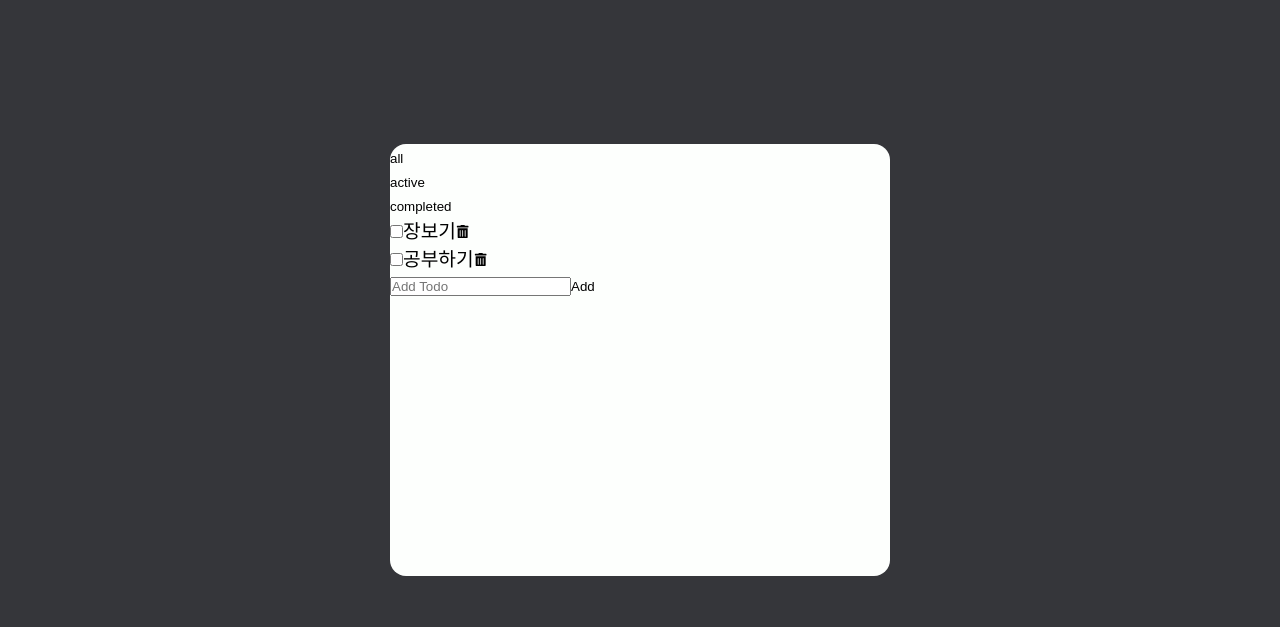
Repository: MrJinkyu/TodoList
Page: /
An editor plug-in stored every save of this project. The page is shown before and after the next save, followed by the edit.
The browser window is 1280 px wide. The pictures show the whole page.
The project was rebuilt for these pictures with package versions that can differ from the ones it lists, and the page was loaded fresh each time.

Above is the page before, as saved 2023-05-01 14:35:02.

### src/index.css
:root{
  --color-body: #35363A;
  --color-bg-dark:#f5f5f5;
  --color-bg: #fdfffd;
  --color-grey: #d1d1d1;
  --color-text: #22243b;
  --color-accent: #f16e03;
  --color-white: white;
  --color-scrollbar: #aaa7a7;
}

*{
  box-sizing: border-box;
  padding: 0;
  margin: 0;
}

button{
  border: none;
  outline: none;
  cursor: pointer;
  background-color: transparent;
}

ul,li{
  list-style: none;
}

body {
  margin: 0;
  font-family: -apple-system, BlinkMacSystemFont, 'Segoe UI', 'Roboto', 'Oxygen',
    'Ubuntu', 'Cantarell', 'Fira Sans', 'Droid Sans', 'Helvetica Neue',
    sans-serif;
  -webkit-font-smoothing: antialiased;
  -moz-osx-font-smoothing: grayscale;
  width: 100vw;
  height: 100vh;
  display: flex;
  justify-content: center;
  align-items: center;
  background-color: var(--color-body);
  font-size: 1.2rem;
  accent-color: var(--color-accent);
}

#root{
  width: 100%;
  height: 60%;
  max-width: 500px;
  background-color: var(--color-bg);
  border-radius: 1rem;
}

code {
  font-family: source-code-pro, Menlo, Monaco, Consolas, 'Courier New',
    monospace;
}

### src/App.js
import { useState } from "react";
import TodoList from "./components/TodoList";
import Header from "./components/Header";

const filters = ['all', 'active', 'completed'];
function App() {
  const [filter, setFilter] = useState(filters[0]);
  return (
    <>
      <Header filters={filters} filter={filter} onFilterChange={setFilter}/>
      <TodoList filter={filter}/>
    </>
  );
}

export default App;

### src/components/TodoList.jsx
import React, { useState } from 'react';
import {v4 as uuidv4} from 'uuid';
import AddTodo from './AddTodo';
import Todo from './Todo';

export default function TodoList({filter}) {
    const [todos, setTodos] = useState([
        { id: uuidv4(), text: '장보기', status: 'active' },
        { id: uuidv4(), text: '공부하기', status: 'active' }
    ]);
    const handleAdd = (todo) => {
        setTodos([...todos, todo]);
    }
    const handleUpdate = (updated) => {
        setTodos(todos.map((todo) => todo.id === updated.id ? updated : todo));
    }
    const handleDelete = (deleted) => {
        setTodos(todos.filter((todo) => todo.id !== deleted.id));
    }
    const filtered = getFilteredItems(todos, filter);
    return (
        <section>
            <ul>
                {filtered.map((item) => (
                    <Todo
                        key={item.id}
                        todo={item}
                        onUpdate={handleUpdate}
                        onDelete={handleDelete}
                    />
                ))}
            </ul>
            <AddTodo onAdd={handleAdd}/>
        </section>
    );
}

function getFilteredItems(todos, filter){
    if(filter === 'all'){
        return todos;
    }
    return todos.filter((todo) => todo.status === filter);
}

### src/components/Header.jsx
import React from 'react';

export default function Header({filters, filter, onFilterChange}) {
    return (
        <header>
            <ul>
                {filters.map((value,index) => (
                    <li key={index}>
                        <button
                            onClick={() => onFilterChange(value)}
                        >
                            {value}
                        </button>
                    </li>
                ))}
            </ul>
        </header>
    );
}

### src/components/AddTodo.jsx
import React, { useState } from 'react';
import {v4 as uuidv4} from 'uuid';

export default function AddTodo({onAdd}) {
    const [text, setText] = useState('');
    const handleChange = (e) => {
        setText(e.target.value);
    }
    const handleSubmit = (e) => {
        e.preventDefault();
        if(text.trim().length === 0){
            return ;
        }
        onAdd({ id: uuidv4(), text, status: 'active' });
        setText('');
    }
    return (
        <form onSubmit={handleSubmit}>
            <input
                type="text"
                value={text}
                onChange={handleChange}
                placeholder='Add Todo'
            />
            <button>Add</button>
        </form>
    );
}

### src/components/Todo.jsx
import React from 'react';
import { FaTrashAlt } from 'react-icons/fa';

export default function Todo({todo, onUpdate, onDelete}) {
    const { id, text, status } = todo;
    const handleChange = (e) => {
        const status = e.target.checked ? 'completed' : 'active';
        onUpdate({...todo, status});
    }
    return (
        <li>
            <input
                type="checkbox"
                name="checkbox"
                id={id}
                checked={status === 'completed'}
                onChange={handleChange}
            />
            <label htmlFor={id}>{text}</label>
            <span>
                <button onClick={() => onDelete(todo)}>
                    <FaTrashAlt/>
                </button>
            </span>
        </li>
    );
}

Loaded but not shown: public/index.html (common file); src/index.js (common file); src/reportWebVitals.js (common file)

After the next save:
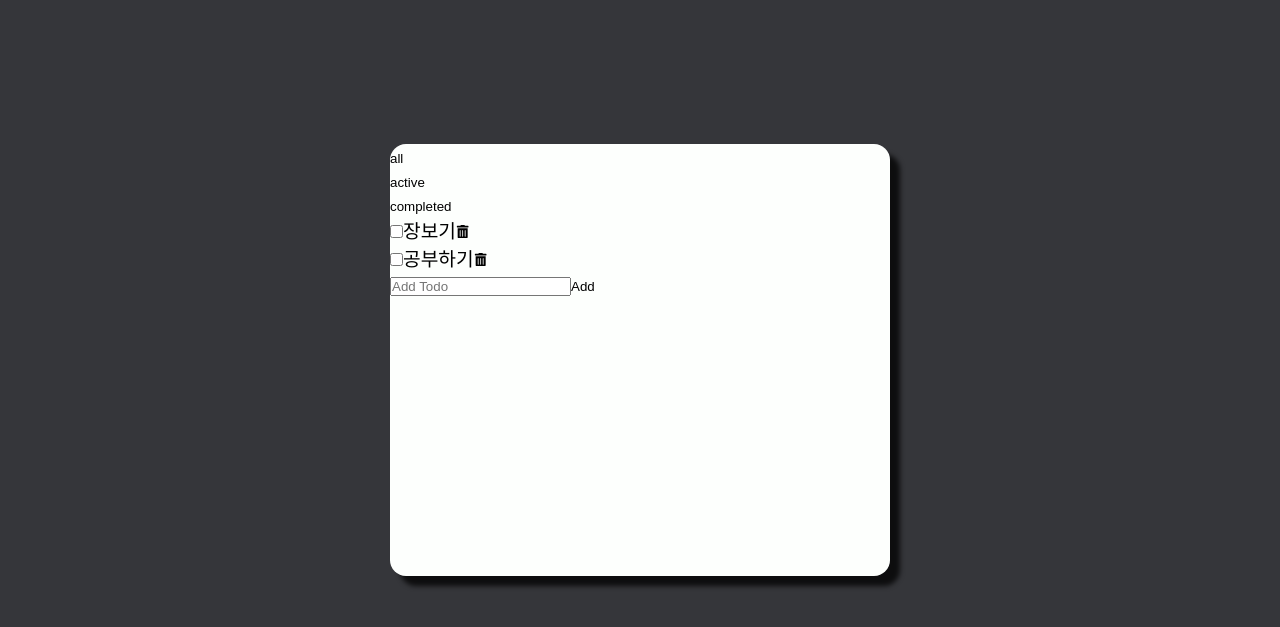
Saved 24 s later.
--- a/src/index.css
+++ b/src/index.css
@@ -49,6 +49,9 @@ body {
   max-width: 500px;
   background-color: var(--color-bg);
   border-radius: 1rem;
+  box-shadow: 10px 10px 5px 0px rgba(0,0,0,0.75);
+-webkit-box-shadow: 10px 10px 5px 0px rgba(0,0,0,0.75);
+-moz-box-shadow: 10px 10px 5px 0px rgba(0,0,0,0.75);
 }
 
 code {
